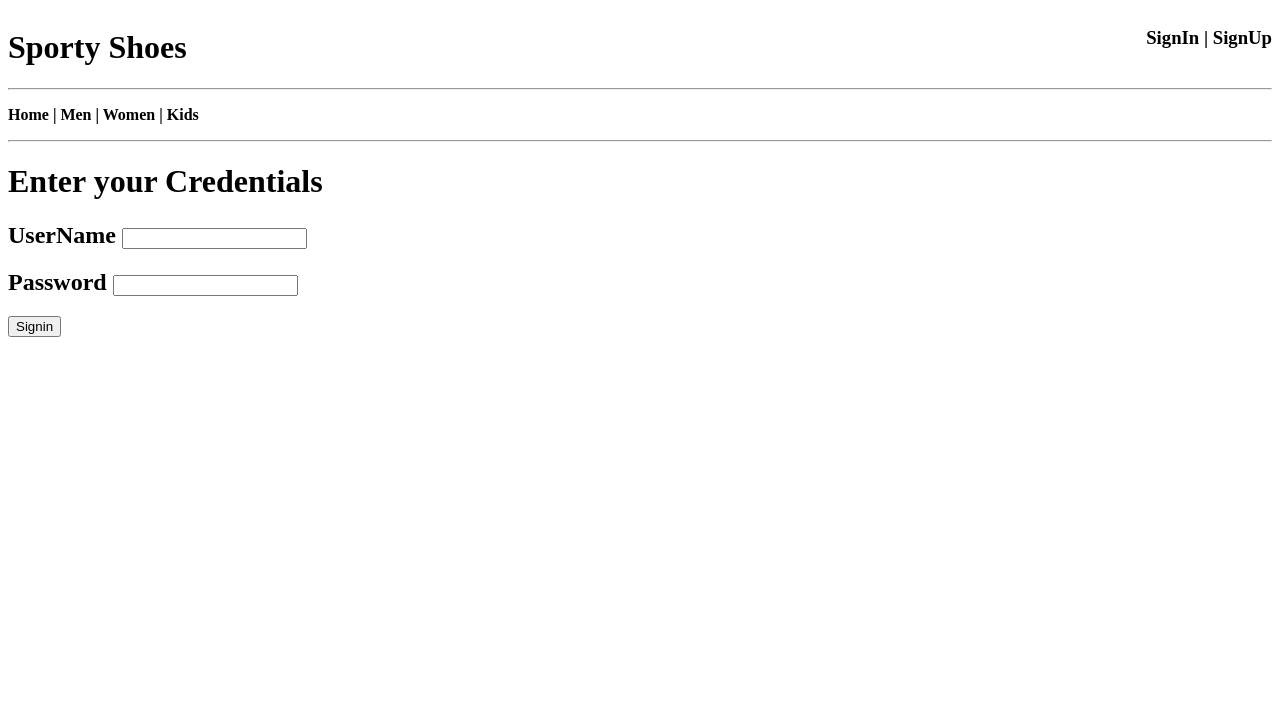
Repository: Sherwin-create/JavaFSPhase3Project
Page: http://localhost/Sporty-Shoes/WEB-INF/view/signinForm.jsp
These files come from the project's save history. The page is drawn as it stood at one moment and after the next save; the edit follows.
The browser window is 1280 px wide. The pictures show the whole page.
The page is served by Tomcat 9. Nobody is signed in. The template is opened directly, without the code that normally fills it, so the values that code supplies are empty.

Above is the page before, as saved 2022-04-30 17:33:08.

After the next save:
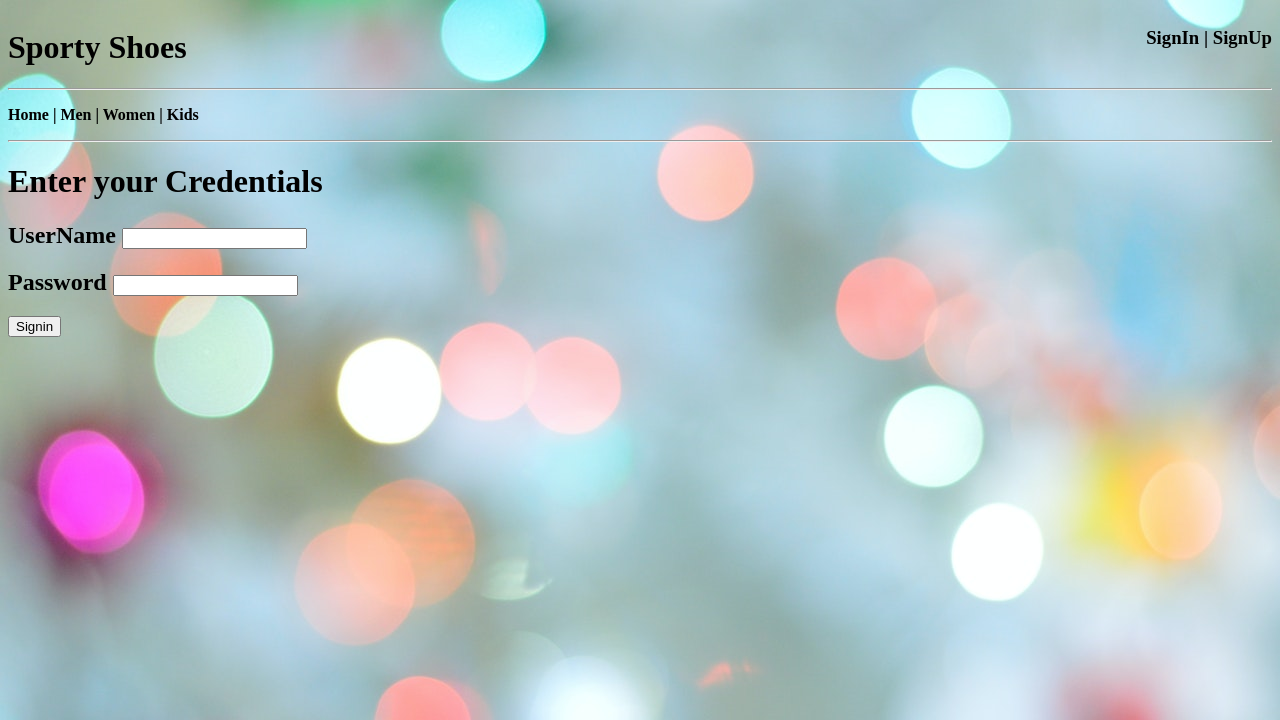
Saved 4 min 46 s later.
--- a/Sporty-Shoes/src/main/webapp/WEB-INF/view/signinForm.jsp
+++ b/Sporty-Shoes/src/main/webapp/WEB-INF/view/signinForm.jsp
@@ -3,6 +3,11 @@
 <!DOCTYPE html>
 <html>
 <head>
+<style>
+	body {
+		background-image: url("images/pexels-miguel-á-padriñán-255379.jpg");
+	}
+</style>
 <meta charset="ISO-8859-1">
 <title>Sign In</title>
 </head>
